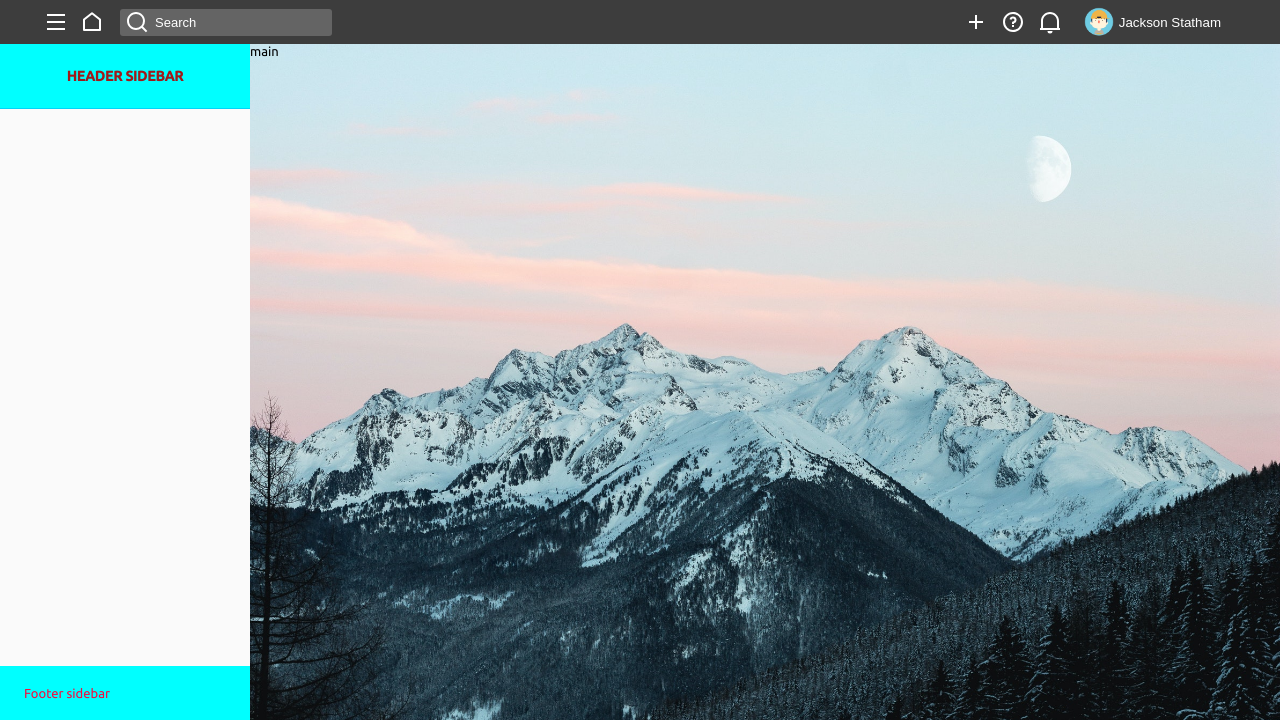
Repository: huuthe1999/to-do-list
Page: /
These files come from the project's save history. The page is drawn as it stood at one moment and after the next save; the edit follows.
The browser window is 1280 px wide. The pictures show the whole page.
The project was rebuilt for these pictures with package versions that can differ from the ones it lists, and the page was loaded fresh each time. Also part of the build but not shown: src/components/form/addForm/addForm.scss, src/components/form/addForm/AddForm.js, src/components/modal/modal.scss, src/components/modal/Modal.js.

Above is the page before, as saved 2022-02-17 10:41:39.

After the next save:
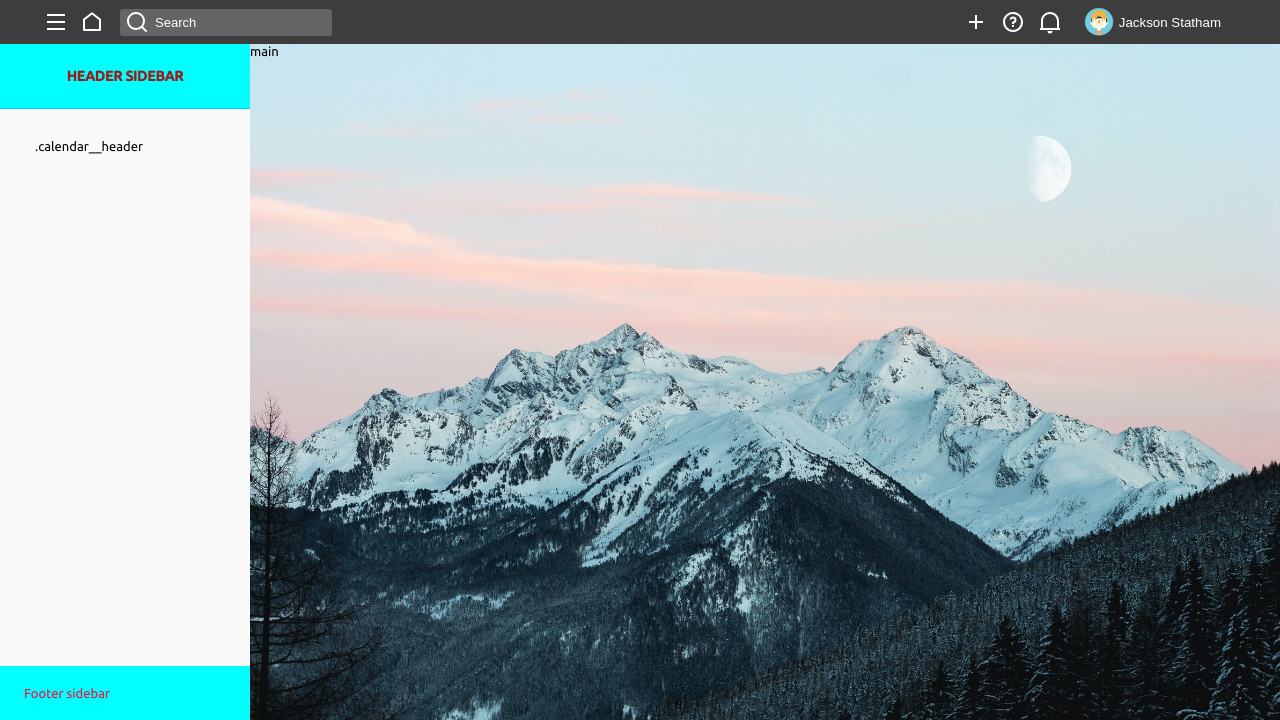
Saved 107 s later.
--- a/src/components/calendar/Calendar.js
+++ b/src/components/calendar/Calendar.js
@@ -5,6 +5,7 @@ const Calendar = () => {
 		<div className='calendar'>
 			<div className='calendar__header'>
 				<button className='calendar__header-title'></button>
+				.calendar__header
 			</div>
 			<div className='calendar__content'></div>
 		</div>
